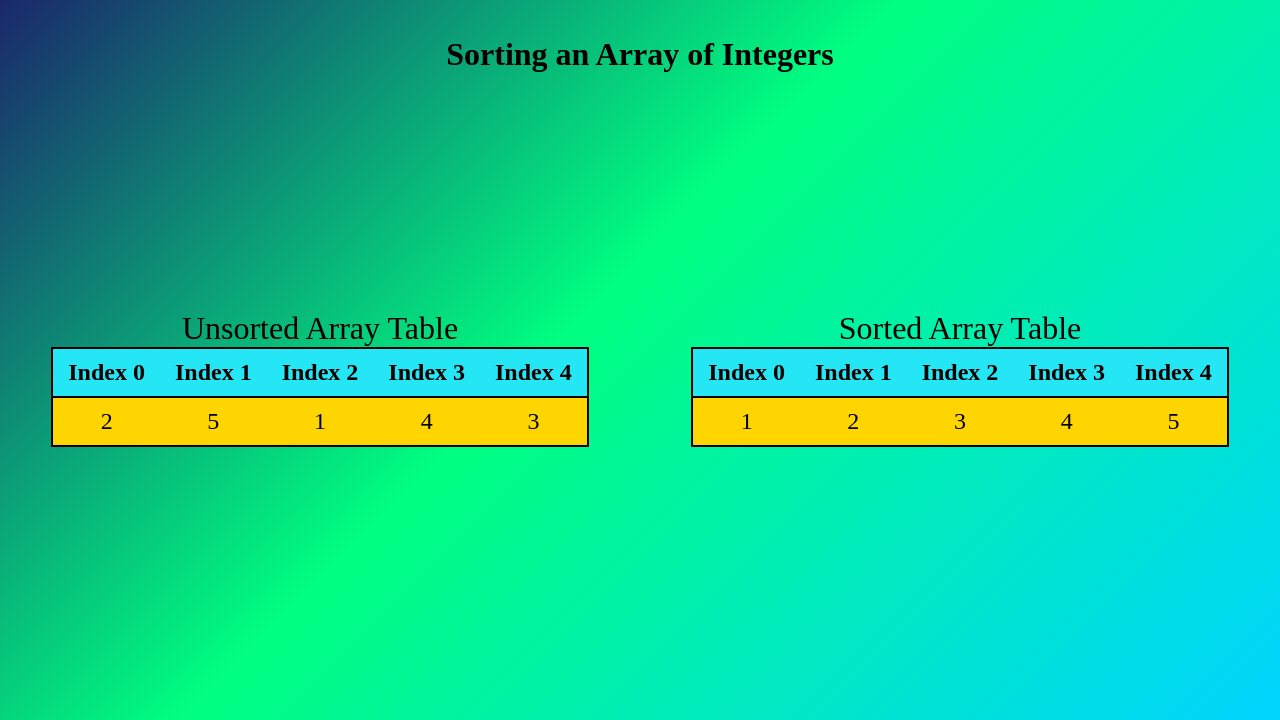
Repository: mlmEFSC21/P16-Sorting-Integers
Page: sort.html
These files come from the project's save history. The page is drawn as it stood at one moment and after the next save; the edit follows.
The browser window is 1280 px wide. The pictures show the whole page.

Above is the page before, as saved 2022-03-24 19:12:08.

After the next save:
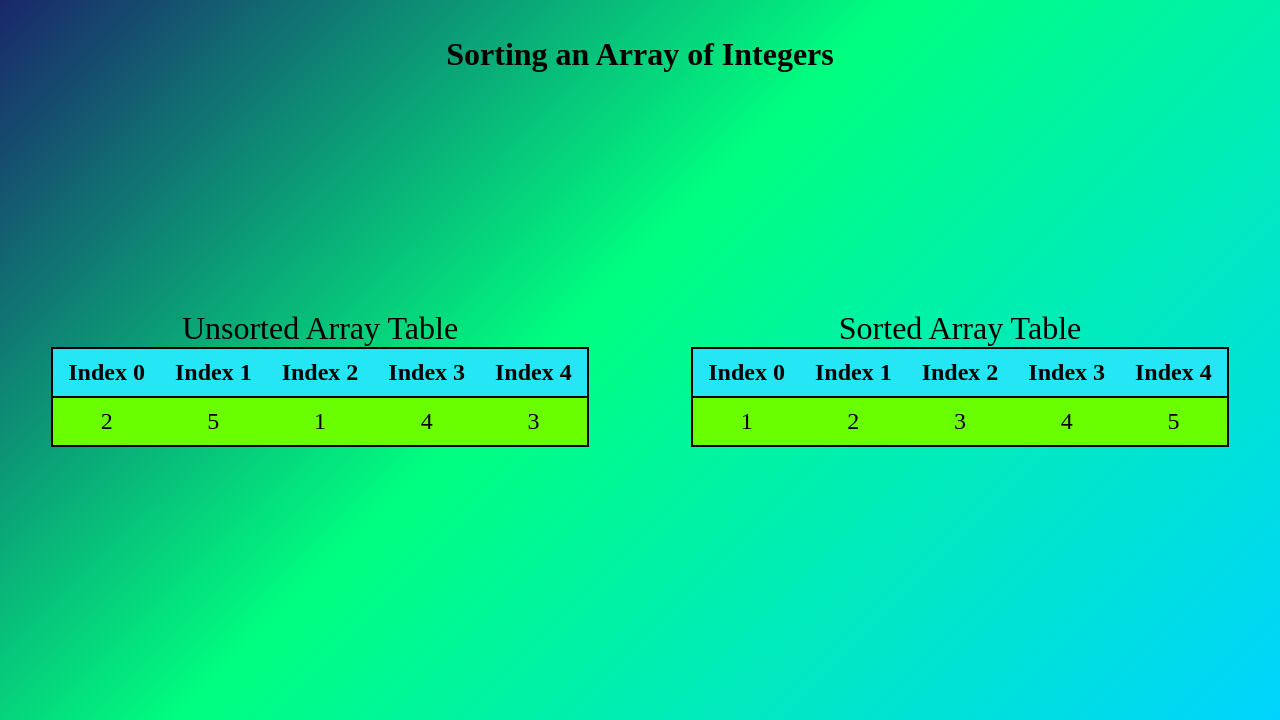
Saved 5 s later.
--- a/sort.css
+++ b/sort.css
@@ -3,7 +3,7 @@
     --clr-primary: hsl(184, 100%, 50%);
     --clr-primary-light: hsl(184, 90%, 55%);
     --clr-secondary: hsl(124, 100%, 50%);
-    --clr-secondary-light: hsl(50, 100%, 50%);
+    --clr-secondary-light: hsl(95, 100%, 50%);
 }
 *,
 *::after,
